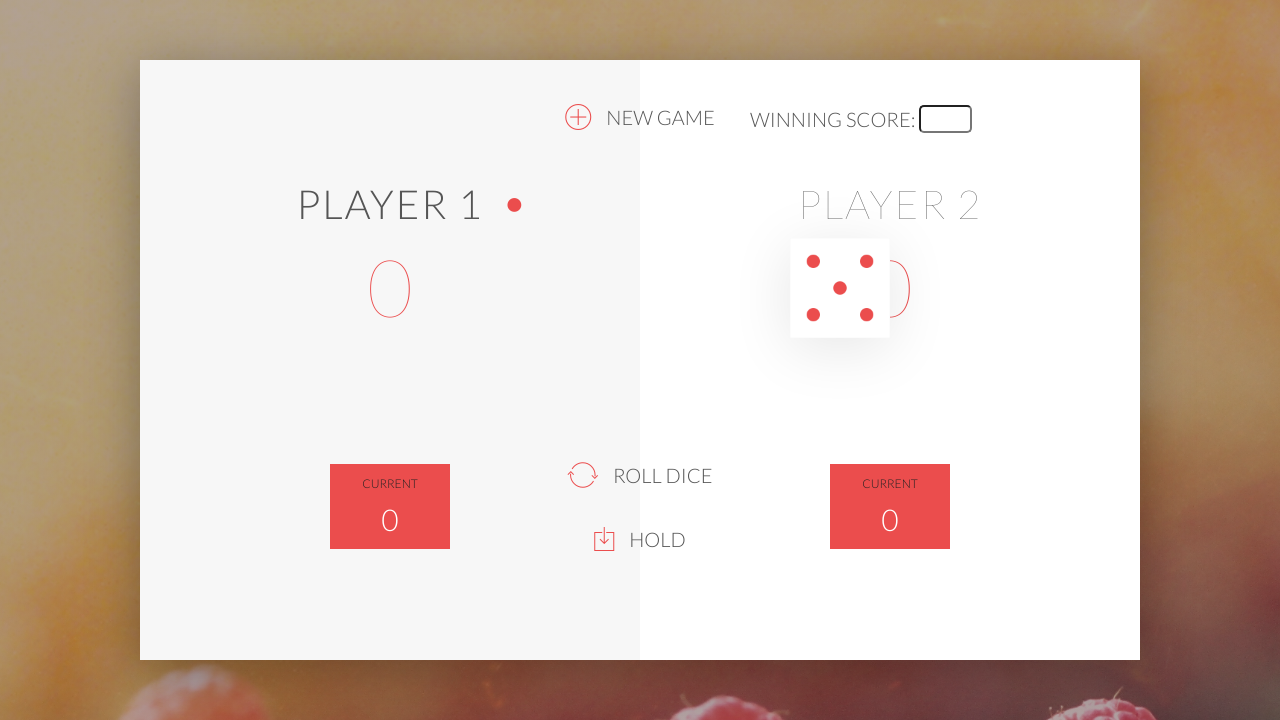
Repository: hexanek/hexanek.github.io
Page: pig-game/index.html
The author's editor kept a copy of each file at every save. The page is drawn from the files as they stood at one save, then again after the next save.
The browser window is 1280 px wide. The pictures show the whole page.

Above is the page before, as saved 2019-12-19 23:20:11.

### pig-game/index.html
<!DOCTYPE html>
<html lang="en">
    <head>
        <meta charset="UTF-8">
        <link href="https://fonts.googleapis.com/css?family=Lato:100,300,600" rel="stylesheet" type="text/css">
        <link href="http://code.ionicframework.com/ionicons/2.0.1/css/ionicons.min.css" rel="stylesheet" type="text/css">
        <link type="text/css" rel="stylesheet" href="style.css">

        <title>Pig Game</title>
    </head>

    <body>
        <div class="wrapper clearfix">
            <div class="player-0-panel active">
                <div class="player-name" id="name-0">Player 1</div>
                <div class="player-score" id="score-0">43</div>
                <div class="player-current-box">
                    <div class="player-current-label">Current</div>
                    <div class="player-current-score" id="current-0">11</div>
                </div>
            </div>

            <div class="player-1-panel">
                <div class="player-name" id="name-1">Player 2</div>
                <div class="player-score" id="score-1">72</div>
                <div class="player-current-box">
                    <div class="player-current-label">Current</div>
                    <div class="player-current-score" id="current-1">0</div>
                </div>
            </div>

            <button class="btn-new"><i class="ion-ios-plus-outline"></i>New game</button>
            <button class="btn-roll"><i class="ion-ios-loop"></i>Roll dice</button>
            <button class="btn-hold"><i class="ion-ios-download-outline"></i>Hold</button>
            <!-- <button class="btn-save" form="formScore"><i class="ion-archive"></i>Save</button> -->
            <form action="#" class="form-score" id="formScore">
            Winning score: <input class="input-score" type="number" name="WinningScore" id="winScore">
            </form>
            <img src="dice-5.png" alt="Dice" class="dice">
            <img src="dice-5.png" alt="Dice2" class="dice" id="dice2">

        </div>

        <script src="app.js"></script>
    </body>
</html>

### pig-game/style.css
/**********************************************
*** GENERAL
**********************************************/

* {
    margin: 0;
    padding: 0;
    box-sizing: border-box;

}

.clearfix::after {
    content: "";
    display: table;
    clear: both;
}

body {
    background-image: linear-gradient(rgba(62, 20, 20, 0.4), rgba(62, 20, 20, 0.4)), url(back.jpg);
    background-size: cover;
    background-position: center;
    font-family: Lato;
    font-weight: 300;
    position: relative;
    height: 100vh;
    color: #555;
}

.wrapper {
    width: 1000px;
    position: absolute;
    top: 50%;
    left: 50%;
    transform: translate(-50%, -50%);
    background-color: #fff;
    box-shadow: 0px 10px 50px rgba(0, 0, 0, 0.3);
    overflow: hidden;
}

.player-0-panel,
.player-1-panel {
    width: 50%;
    float: left;
    height: 600px;
    padding: 100px;
}



/**********************************************
*** PLAYERS
**********************************************/

.player-name {
    font-size: 40px;
    text-align: center;
    text-transform: uppercase;
    letter-spacing: 2px;
    font-weight: 100;
    margin-top: 20px;
    margin-bottom: 10px;
    position: relative;
}

.player-score {
    text-align: center;
    font-size: 80px;
    font-weight: 100;
    color: #EB4D4D;
    margin-bottom: 130px;
}

.active { background-color: #f7f7f7; }
.active .player-name { font-weight: 300; }

.active .player-name::after {
    content: "\2022";
    font-size: 47px;
    position: absolute;
    color: #EB4D4D;
    top: -7px;
    right: 10px;

}

.player-current-box {
    background-color: #EB4D4D;
    color: #fff;
    width: 40%;
    margin: 0 auto;
    padding: 12px;
    text-align: center;
}

.player-current-label {
    text-transform: uppercase;
    margin-bottom: 10px;
    font-size: 12px;
    color: #222;
}

.player-current-score {
    font-size: 30px;
}

button {
    position: absolute;
    width: 200px;
    left: 50%;
    transform: translateX(-50%);
    color: #555;
    background: none;
    border: none;
    font-family: Lato;
    font-size: 20px;
    text-transform: uppercase;
    cursor: pointer;
    font-weight: 300;
    transition: background-color 0.3s, color 0.3s;
}


button:hover { font-weight: 600; }
button:hover i { margin-right: 20px; }

button:focus {
    outline: none;
}

i {
    color: #EB4D4D;
    display: inline-block;
    margin-right: 15px;
    font-size: 32px;
    line-height: 1;
    vertical-align: text-top;
    margin-top: -4px;
    transition: margin 0.3s;
}

.btn-new { top: 45px;}
.btn-roll { top: 403px;}
.btn-hold { top: 467px;}
.btn-save {
    left: 90%;
    top: 45px;
}
/* .input-score {
     top: 83px;
     position: absolute;
    width: 53px;
    left: 50%;
    transform: translateX(-50%);
    color: #555;
    background: none;
    border-radius: 5px;
    font-family: Lato;
    font-size: 20px;
    text-transform: uppercase;
    cursor: default;
    font-weight: 300;
    transition: background-color 0.3s, color 0.3s;
    } */
.input:focus{
    border: 3px solid #555;
}
.form-score{
    top: 45px;
     position: absolute;
    width: 240px;
    left: 73%;
    transform: translateX(-50%);
    color: #555;
    background: none;
    border-radius: 5px;
    font-family: Lato;
    font-size: 20px;
    text-transform: uppercase;
    cursor: default;
    font-weight: 300;
    transition: background-color 0.3s, color 0.3s;
}
.form-score input {
    text-align: center;
    width: 53px;
    color: #555;
    background: none;
    border-radius: 5px;
    font-family: Lato;
    font-size: 20px;
    text-transform: uppercase;
    cursor: default;
    font-weight: 300;
    transition: background-color 0.3s, color 0.3s;
}

.dice {
    position: absolute;
    left: 50%;
    top: 178px;
    transform: translateX(-50%);
    height: 100px;
    box-shadow: 0px 10px 60px rgba(0, 0, 0, 0.10);
}
#dice2{
    position: absolute;
    left: 70%;
    top: 178px;
    transform: translateX(-50%);
    height: 100px;
    box-shadow: 0px 10px 60px rgba(0, 0, 0, 0.10);
}

.winner { background-color: #f7f7f7; }
.winner .player-name { font-weight: 300; color: #EB4D4D; }

### pig-game/app.js

var scores, roundScore, activePlayer, gamePlaying, doubleSix, winScore;
    init();



document.querySelector('.btn-roll').addEventListener('click', function(){
    if(gamePlaying){
    var dice = Math.floor(Math.random() * 6) + 1;


    var diceDom = document.querySelector('.dice');
    diceDom.style.display = 'block';
    diceDom.src = 'dice-' + dice + '.png';

    if (dice !== 1 && doubleSix !== dice) {

        doubleSix = dice;
        roundScore += dice;
        document.querySelector('#current-' + activePlayer).textContent = roundScore;

    } else {

        nextPlayer();
        doubleSix = 0;

    }


}


});




document.querySelector('.btn-hold').addEventListener('click', function(){
    if(gamePlaying){
    scores[activePlayer] += roundScore;
    document.querySelector('#score-' + activePlayer).textContent = scores[activePlayer];
    doubleSix = 0;


    if (scores[activePlayer] >= winScore) {
        document.getElementById('name-' + activePlayer).textContent = 'Winner!';
        document.querySelector('.player-'+activePlayer+ '-panel').classList.add('winner');
        document.querySelector('.player-'+activePlayer+ '-panel').classList.remove('active');
        document.querySelector('.dice').style.display = 'none';
        gamePlaying = false;


    } else {
        nextPlayer();

    }
}
});

document.querySelector('.btn-new').addEventListener('click',  init);


function nextPlayer(){
    activePlayer === 0 ? activePlayer = 1 : activePlayer = 0;
        roundScore = 0;
        document.getElementById('current-0').textContent = '0';
        document.getElementById('current-1').textContent = '0';

        document.querySelector('.player-0-panel').classList.toggle('active');
        document.querySelector('.player-1-panel').classList.toggle('active');

        document.querySelector('.dice').style.display = 'none';
}

function init(){
    scores = [0,0];
    roundScore = 0;
    activePlayer = 0;
    gamePlaying = true;

    document.querySelector('.dice').style.display = 'none';

    //document.querySelector('#current-'+ activePlayer).textContent = dice;
    document.getElementById('score-0').textContent = '0';
    document.getElementById('score-1').textContent = '0';
    document.getElementById('current-0').textContent = '0';
    document.getElementById('current-1').textContent = '0';
    document.getElementById('name-0').textContent = 'Player 1';
    document.getElementById('name-1').textContent = 'Player 2';
    document.querySelector('.player-0-panel').classList.remove('winner');
    document.querySelector('.player-1-panel').classList.remove('winner');
    document.querySelector('.player-0-panel').classList.remove('active');
    document.querySelector('.player-1-panel').classList.remove('active');
    document.querySelector('.player-0-panel').classList.add('active');
    winScore = document.getElementById('winScore').value;


}

After the next save:
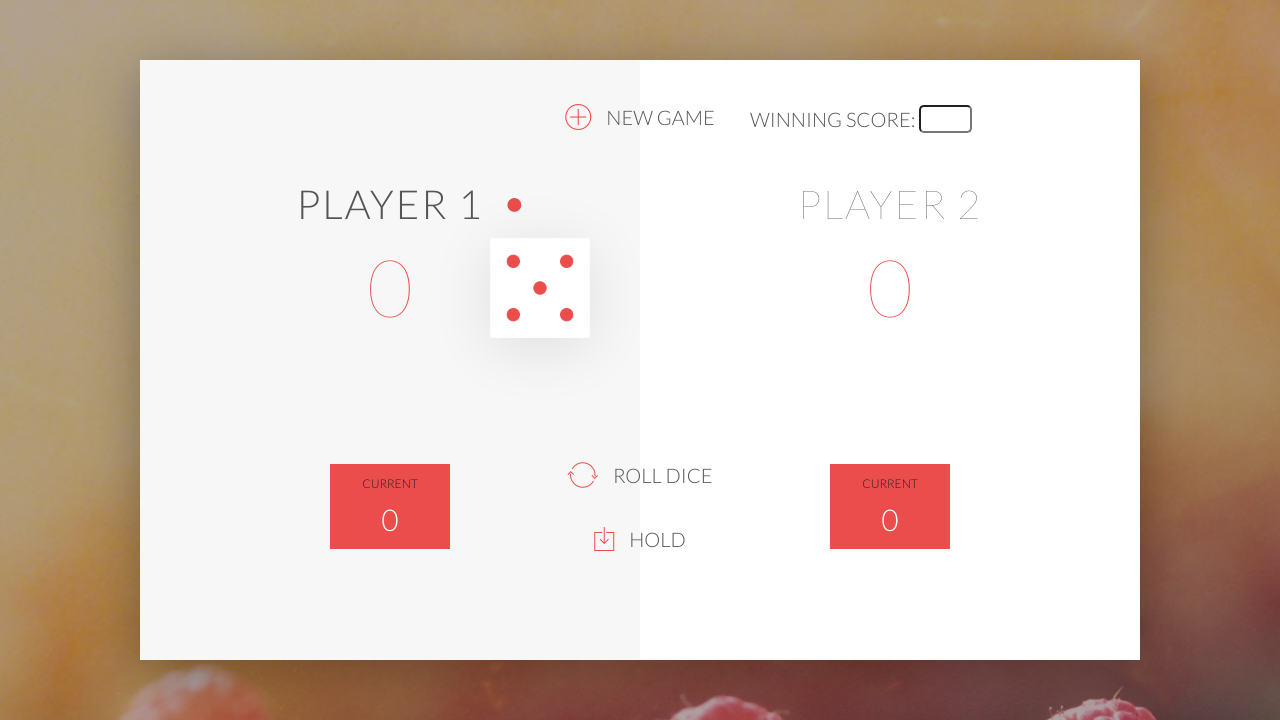
Saved 9 s later.
--- a/pig-game/style.css
+++ b/pig-game/style.css
@@ -204,7 +204,7 @@ i {
 }
 #dice2{
     position: absolute;
-    left: 70%;
+    left: 40%;
     top: 178px;
     transform: translateX(-50%);
     height: 100px;
